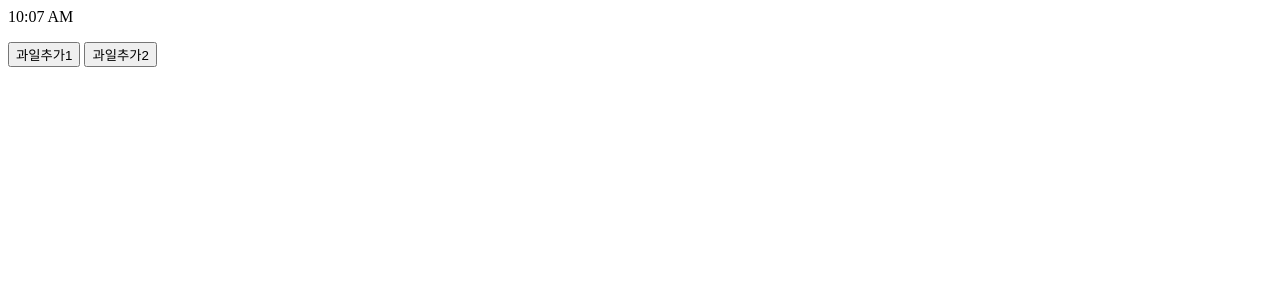
Repository: moonsae/jsp
Page: ajaxPrj_09_6/src/main/webapp/jquery2.html
These files come from the project's save history. The page is drawn as it stood at one moment and after the next save; the edit follows.
The browser window is 1280 px wide. The pictures show the whole page.

Above is the page before, as saved 2023-09-06 01:33:20.

### ajaxPrj_09_6/src/main/webapp/jquery2.html
 10:07 AM
<!DOCTYPE html>
<html>
<head>
<meta charset="UTF-8">
<title>Insert title here</title>
<script src="https://ajax.googleapis.com/ajax/libs/jquery/3.7.0/jquery.min.js"></script>
<script>
	function add1(){
		alert("ddfds");
	}
	function add2(){
		alert("daaa");
	}
</script>

</head>
<body>
	<ul id ="fruit_list">
	</ul>
	<button onclick="add1()"> 과일추가1</button>
	<button onclick="add2()"> 과일추가2</button>
</body>
</html>

After the next save:
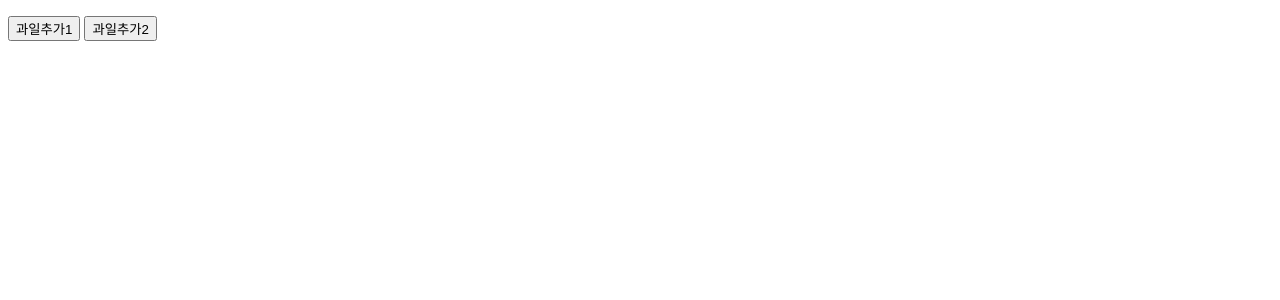
Saved 2 min 10 s later.
--- a/ajaxPrj_09_6/src/main/webapp/jquery2.html
+++ b/ajaxPrj_09_6/src/main/webapp/jquery2.html
@@ -1,4 +1,3 @@
- 10:07 AM
 <!DOCTYPE html>
 <html>
 <head>
@@ -8,6 +7,11 @@
 <script>
 	function add1(){
 		alert("ddfds");
+		let ul = document.getElementById("fruit_list");
+		let li = document.createElement("li");
+		li.innerHTML="포도";
+		ul.appendChile(li);
+
 	}
 	function add2(){
 		alert("daaa");
